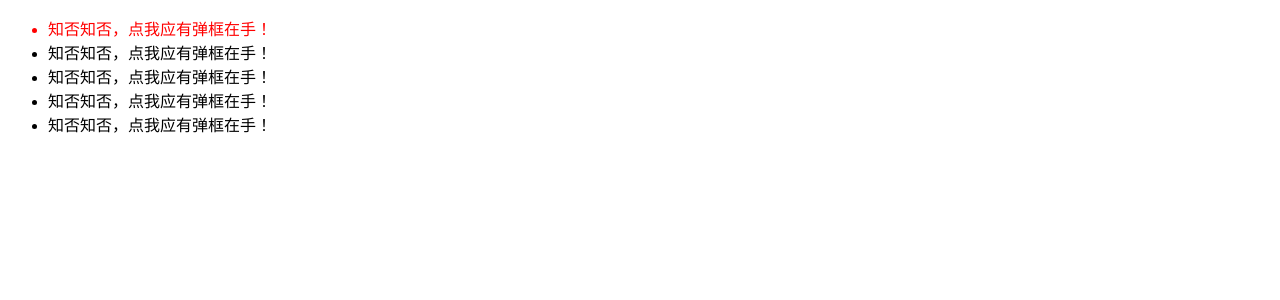
Repository: zhongmoumou/Codes
Page: hello.html
An editor plug-in stored every save of this project. The page is shown before and after the next save, followed by the edit.
The browser window is 1280 px wide. The pictures show the whole page.
After loading, the first visible `li` was clicked once.

Above is the page before, as saved 2021-12-15 16:32:05.

After the next save:
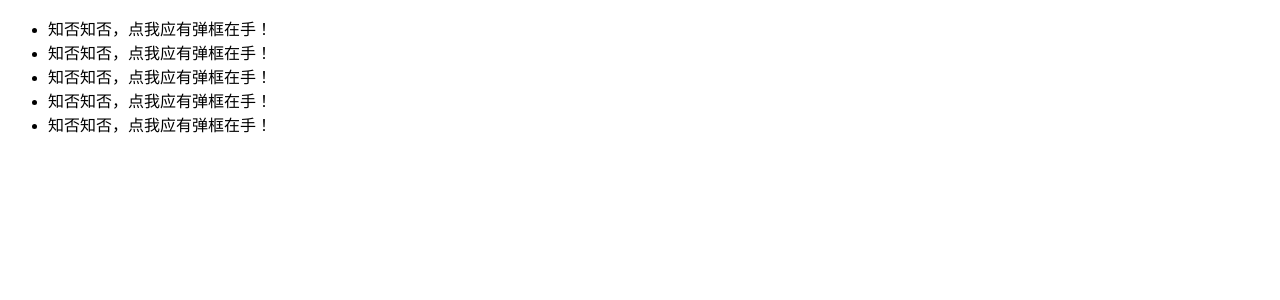
Console error: TypeError: Cannot set properties of undefined (setting 'color')
Saved 2 min 12 s later.
--- a/hello.html
+++ b/hello.html
@@ -26,7 +26,7 @@
             li[i].onclick = function() {
                 for(let i = 0; i < li.length; i++) {
                     // （1）先让所有的 li 的字体颜色效果去掉
-                    this.style.color = '';
+                    li.style.color = '';
                 }
                 // （2）然后把点击的 li 的字体颜色变成红色
                 this.style.color = 'red';  // this 指的是 li[i]

After the save that followed:
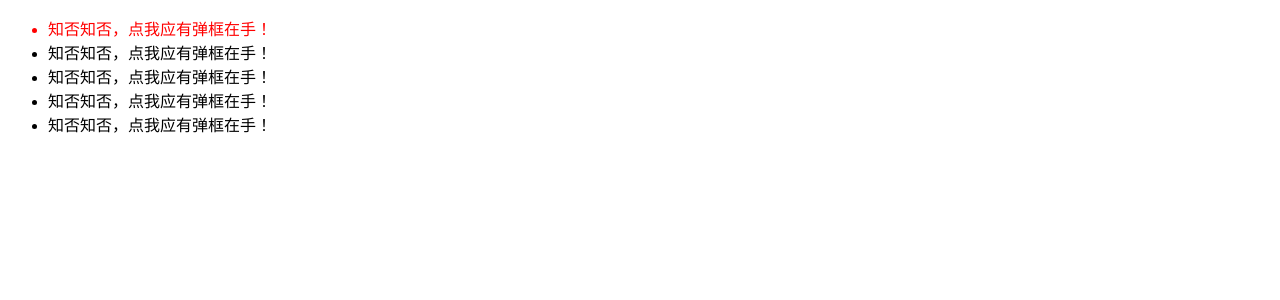
The error is gone.
Saved 8 s later.
--- a/hello.html
+++ b/hello.html
@@ -26,7 +26,7 @@
             li[i].onclick = function() {
                 for(let i = 0; i < li.length; i++) {
                     // （1）先让所有的 li 的字体颜色效果去掉
-                    li.style.color = '';
+                    li[i].style.color = '';
                 }
                 // （2）然后把点击的 li 的字体颜色变成红色
                 this.style.color = 'red';  // this 指的是 li[i]
